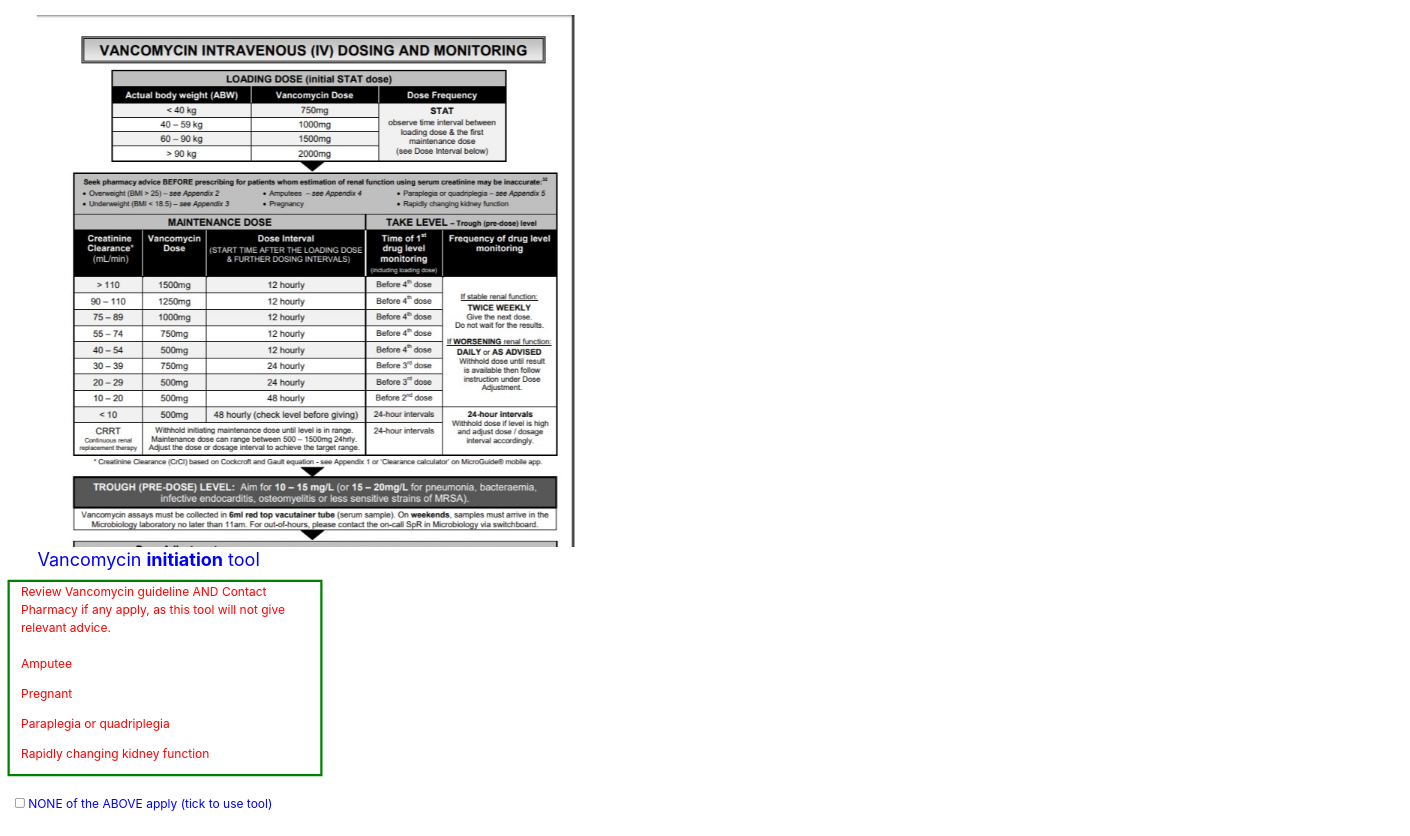
Repository: Mismiles/project-clinical-calculator
Page: index.html
The author's editor kept a record of every edit. The page is drawn from the files as they stood at one moment, then again after the next edit.
The browser window is 1280 px wide. The page is 1280 px wide, then 1880 px, so the pictures cover 1880 px, including what lies to the right of the window. The pictures show the whole page, at 75% of full size.

Above is the page before.

### index.html
<!doctype html>
<html lang="en">
  <head>
    <!-- Required meta tags -->
    <meta charset="utf-8">
    <meta name="viewport" content="width=device-width, initial-scale=1, shrink-to-fit=no">

    <!-- Bootstrap CSS -->
    <link rel="stylesheet" href="https://stackpath.bootstrapcdn.com/bootstrap/4.3.1/css/bootstrap.min.css" integrity="sha384-ggOyR0iXCbMQv3Xipma34MD+dH/1fQ784/j6cY/iJTQUOhcWr7x9JvoRxT2MZw1T" crossorigin="anonymous">

    <!-- Custom CSS -->
    <link href="css/stylesheet.css" rel="stylesheet">

    <title>Vancomycin calculation tool</title>

  </head>
  <body>

<div class="embed-responsive embed-responsive-16by9" id="guideline">
  <iframe class="embed-responsive-item" src="images/vanc1.jpg"></iframe>
</div>



<form name="vanc">
<fieldset>

<!-- Form Name -->
<legend>Vancomycin <b>initiation</b> tool</legend>

<!-- Parameters -->
<section id='parameters'>
  <div class="col-md-4 statement" for="parameters" style="color:red">Review Vancomycin guideline AND Contact Pharmacy if any apply, as this tool will not give relevant advice.
    <br>
    <br>
    <p>Amputee</p>
    <p>Pregnant</p>
    <p>Paraplegia or quadriplegia</p>
    <p>Rapidly changing kidney function</p>
	</div>
</section>

<!-- Safe to use tool-->
	<br>
	<label style="color:blue">
      <input type="checkbox" name="parameters" id="showform" onclick="displayForm(); hideParameters();"> NONE of the ABOVE apply (tick to use tool)
  </label>

<section id='vancform'>
<!-- Indication-->
<br>
<div class="form-group">
  <label class="col-md-4 control-label" for="indication"><b>Indication</b></label>
  <div class="col-md-4">
  <input id="ind" name="indication" type="text" autocomplete="off" placeholder="Specify" class="form-control input-md" required/>
  </div>
</div>

<!-- Gender -->
<div class="form-group">
  <label class="col-md-4 control-label" for="gender"><b>Gender</b></label>
  <div class="col-md-4">
   <div class="btn-group btn-group-toggle" data-toggle="buttons">
  <label class="btn btn-outline-primary">
    <input type="radio" name="options" id="male" value="males" onclick="getGender()"> Male
  </label>
  <label class="btn btn-outline-danger">
    <input type="radio" name="options" id="female" value="females" onclick="getGender()"> Female
  </label>
</div>
  </div>
</div>

<!-- Age-->
<div class="form-group">
  <label class="col-md-4 control-label" for="age"><b>Age</b></label>
  <div class="col-md-4">
  <input id="age" name="age" type="text" maxlength="3" placeholder="Age in years" autocomplete="off" class="form-control input-md" required/>
  </div>
</div>

<p id="ageOut"></p>

<!-- Weight-->
<div class="form-group">
  <label class="col-md-4 control-label" for="weight"><b>Weight in kg</b></label>
  <div class="col-md-4">
  <input id="weight" name="weight" type="text" maxlength="3" placeholder="Weight in kg" autocomplete="off" class="form-control input-md" required/>
</div>
</div>


<p id="weighteOut"></p>

<!-- Date picker-->
<div class="form-group">
        <label class="col-md-4 control-label" for="date"><b>Date Weight Taken</b></label>
          <div class="col-md-4">
        <input id="form-control input-md date" name="date" autocomplete="off" placeholder="MM/DD/YYY" type="date" required onclick="verifyDate()">
          </div>
</div>
<p id="datemessage"></p>

  <div class="checkbox">
    <label>
      <input type="radio" name="parameters" id="abnormalWeight" value="" onclick="displayHeight();scrollWin();">
      Abnormal Weight (BMI &lt; 18.5 OR BMI &gt; 25) <br><span style="color:green"><i>Tick to help calculate BMI</i></span>
    </label>
	</div>

	 <div class="checkbox">
    <label>
      <input type="radio" name="parameters" id="normalweight" value="" onclick="displayHeight();scrollWin();">
      Normal weight (BMI &gt; 18.5 and &lt; 25)
    </label>
	</div>
</div>
</div>

<!-- Height-->
<section id="heightbox" class="form-group">
  <label class="col-md-4 control-label" for="height"><b>Height in cm</b></label>
  <div class="col-md-4">
  <input id="height" name="height" type="text" maxlength="3" autocomplete="off" placeholder="Height in cm" class="form-control input-md" required/>
</div>
</section>

<p id="heightOut"></p>

<!-- Creatinine-->
<div class="form-group">
  <label class="col-md-4 control-label" for="creatinine"><b>Serum Creatinine in µmol/L</b></label>
  <div class="col-md-4">
  <input id="creatinine" name="creatinine" type="text" autocomplete="off" maxlength="3" placeholder="Creatinine" class="form-control input-md" data-bind="value:replyNumber" required="true"/>
  </div>
</div>

<!-- Disclaimer-->
<label style="color:red">
      <input type="checkbox" name="safetyline" id="disclaimer" onclick="safety(); scrollWin();">  I confirm that this tool takes no clinical responsibility for outcomes <br> and I will use this tool <b>only to aid my ultimate clinical decision.</b>
</label>

<!-- Button -->
<div class="form-group">
  <label class="col-md-4 control-label" for="calculate"></label>
  <div class="col-md-4">
    <script type="text/javascript" src="js/calculation.js"></script>
    <button id="calc" name="calculate" type="button" class="btn btn-primary" onclick="runCalcs();" >Display dose and monitoring advice</button>
  </div>
</div>

</fieldset>
</form>
</section>


<section id="dosingAdvice">
<p id="indication" class="text">The indication for treatment is</p>
<p id="stat_dose" class="text">Prescribe STAT dose of</p>
<p id="bmi_calc" class="text">The patient's BMI is</p>
<p id="ibw_text" class="text">The patient's ideal body weight is</p>
<p id="result_g" class="text">The CrCl =</p>
<p id="main_dose" class="text">Therefore prescribe</p>
<p id="poor_renal"class="text">Do not wait for the result before giving the next scheduled dose unless CrCl < 10 ml/min
or the patient is on renal replacement therapy</p>

<br>

<!-- Explain Button -->
  <div class="col-md-4">
    <button id="explain" name="exp" type="button" class="btn btn-success" onclick="displayReasoning(); highlightWtable(); highlightRtable(); explain(); scrollWin();" >Show dosing rationale</button>
  </div>
</div>

</section>

<br>

<section id="explainDosing"
<!--Show formulas -->
<div id="showFormulas"></div>

<br>


<h2>Loading dose</h2>

<table class="col-md-6 table table-bordered table-dark">
  <thead>
    <tr>
      <th scope="col">Actual body Weight (ABW)</th>
      <th scope="col">Vancomycin Dose</th>
      <th scope="col">Dose frequency</th>
    </tr>
  </thead>
  <tbody>
    <tr id="under40">
      <td>< 40kg</td>
      <td>750mg</td>
      <td>STAT</td>
    </tr>
    <tr id="w40to59">
      <td>40 - 59 kg</td>
      <td>1000mg</td>
      <td>STAT</td>
    </tr>
    <tr id="w60to90">
      <td>60 - 90 kg</td></td>
      <td>1500mg</td>
      <td>STAT</td>
    </tr>
    <tr id="over90">
      <td>> 90 kg</td></td>
      <td>200mg</td>
      <td>STAT</td>
    </tr>
  </tbody>
</table>

<br>

<h2>Maintenance dose</h2>

<table class="col-md-6 table table-dark">
  <thead>
    <tr>
      <th scope="col">Creatinine clearence (mL/min)</th>
      <th scope="col">Vancomycin Maintenance dose</th>
      <th scope="col">Dose interval</th>
      <th scope="col">Time of 1st level</th>
      <th scope="col">Monitoring Frequency</th>
    </tr>
  </thead>
  <tbody>
    <tr id="rOver110">
      <th>> 110</th>
      <td>1500mg</td>
      <td>12 hourly</td>
      <td>Before 4th dose</td>
    </tr>
    <tr id="r90to110">
      <th>90 - 110</th>
      <td>1250mg</td>
      <td>12 hourly</td>
      <td>Before 4th dose</td>
    </tr>
    <tr  id="r75to89">
      <th>75 - 89</th>
      <td>1000mg</td>
      <td>12 hourly</td>
      <td>Before 4th dose</td>
    </tr>
     <tr id="r55to74">
      <th>55 - 74</th>
      <td>750mg</td>
      <td>12 hourly</td>
      <td>Before 4th dose</td>
    </tr>
    <tr id="r40to54">
      <th>40 - 54</th>
      <td>500mg</td>
      <td>12 hourly</td>
      <td>Before 4th dose</td>
    </tr>
    <tr id="r30to39">
      <th>30 - 39</th>
      <td>750mg</td>
      <td>24 hourly</td>
      <td>Before 3rd dose</td>
    </tr>
    <tr id="r20to29">
      <th>20 - 29</th>
      <td>500mg</td>
      <td>24 hourly</td>
      <td>Before 3rd dose</td>
    </tr>
    <tr id="r10to19">
      <th>10 - 19</th>
      <td>500mg</td>
      <td>48 hourly</td>
      <td>Before 2nd dose</td>
    </tr>
    <tr id="r0to10">
      <th>< 10</th>
      <td>500mg</td>
      <td>48 hourly (check level before giving)</td>
      <td>24 hour intervals</td>
    </tr>
    <tr id="CRRT">
      <th>CRRT</th>
      <td>Withold initiating maintenace dose until level is in range.</td>
      <td>Maintenance dose can range between 500mg to 1500mg 24hourly. Adjust the dose or dosing interval to acheive the target range.</td>
      <td>24 hour intervals</td>
    </tr>
  </tbody>
</table>


<!-- Image carousel -->
  <div id="carouselExampleIndicators" class="carousel slide row" data-ride="carousel">
  <ol class="carousel-indicators">
    <li data-target="#carouselExampleIndicators" data-slide-to="0" class="active"></li>
    <li data-target="#carouselExampleIndicators" data-slide-to="1"></li>
    <li data-target="#carouselExampleIndicators" data-slide-to="2"></li>
    <li data-target="#carouselExampleIndicators" data-slide-to="3"></li>
    <li data-target="#carouselExampleIndicators" data-slide-to="4"></li>
    <li data-target="#carouselExampleIndicators" data-slide-to="5"></li>
    <li data-target="#carouselExampleIndicators" data-slide-to="6"></li>
    <li data-target="#carouselExampleIndicators" data-slide-to="7"></li>
    <li data-target="#carouselExampleIndicators" data-slide-to="8"></li>
    <li data-target="#carouselExampleIndicators" data-slide-to="9"></li>
  </ol>
  <div class="carousel-inner">
    <div class="carousel-item active">
      <img class="d-block w-60" src="images/vanc1.jpg" alt="First slide">
    </div>
    <div class="carousel-item">
      <img class="d-block w-60" src="images/app1.jpg" alt="Second slide">
    </div>
    <div class="carousel-item">
      <img class="d-block w-60" src="images/app2.jpg" alt="Third slide">
    </div>
    <div class="carousel-item">
      <img class="d-block w-60" src="images/app3.jpg" alt="Fourth slide">
    </div>
    <div class="carousel-item">
      <img class="d-block w-60" src="images/app41.jpg" alt="Fifth slide">
    </div>
    <div class="carousel-item">
      <img class="d-block w-60" src="images/app42.jpg" alt="Sixth slide">
    </div>
     <div class="carousel-item">
      <img class="d-block w-60" src="images/app43.jpg" alt="Seventh slide">
    </div>
     <div class="carousel-item">
      <img class="d-block w-60" src="images/app5.jpg" alt="Eigth slide">
     </div>
     <div class="carousel-item">
      <img class="d-block w-60" src="images/app6.jpg" alt="Ninth slide">
     </div>
  </div>

  <a class="carousel-control-prev" href="#carouselExampleIndicators" role="button" data-slide="prev">
    <span class="carousel-control-prev-icon" aria-hidden="true"></span>
    <span class="sr-only">Previous</span>
  </a>
  <a class="carousel-control-next" href="#carouselExampleIndicators" role="button" data-slide="next">
    <span class="carousel-control-next-icon" aria-hidden="true"></span>
    <span class="sr-only">Next</span>
  </a>
</div>


    <!-- jQuery first, then Popper.js, then Bootstrap JS -->
    <script src="https://code.jquery.com/jquery-3.3.1.slim.min.js" integrity="sha384-q8i/X+965DzO0rT7abK41JStQIAqVgRVzpbzo5smXKp4YfRvH+8abtTE1Pi6jizo" crossorigin="anonymous"></script>
    <script src="https://cdnjs.cloudflare.com/ajax/libs/popper.js/1.14.7/umd/popper.min.js" integrity="sha384-UO2eT0CpHqdSJQ6hJty5KVphtPhzWj9WO1clHTMGa3JDZwrnQq4sF86dIHNDz0W1" crossorigin="anonymous"></script>
    <script src="https://stackpath.bootstrapcdn.com/bootstrap/4.3.1/js/bootstrap.min.js" integrity="sha384-JjSmVgyd0p3pXB1rRibZUAYoIIy6OrQ6VrjIEaFf/nJGzIxFDsf4x0xIM+B07jRM" crossorigin="anonymous"></script>

        <!-- Calulation JavaScript Code-->
    <script type="text/javascript" href="js/calculation.js"></script>

  </body>
</html>

### css/stylesheet.css
body {
    position: relative;
    font-size: 1em;
    margin-left: 20px;
    margin-top: 20px;

}

legend {
    padding-left: 30px;
    color: blue;
}

.statement {
 border-style: solid;
 border-color: green;
 right: 10px;
  }

 .showform {
     color: blue;
 }

#heightbox{
  display: none;
}

#dosingAdvice{
  display: none;
}

#bmi_calc{
    display: none;
}

#vancform {
  display: none;
}

#parameters{
    display: block;
}

#ibw_text{
    display: block;
}

#calc{
    display: none;
}

#poor_renal{
    color: red;
}

#stat_dose, #main_dose, h2{
    color: green;
}

#explainDosing{
    display:none;
}

.text{
    margin-bottom: 2px;
}

.datemessage{
    color: red;
}

#formZ{
    display:block;
}

#sumButton{
    display: none;
}

.carousel {
  width:740px;
  height:860px;
  display: none !important;
}

Loaded but not shown: js/calculation.js (383 lines, source omitted)

After the next edit:
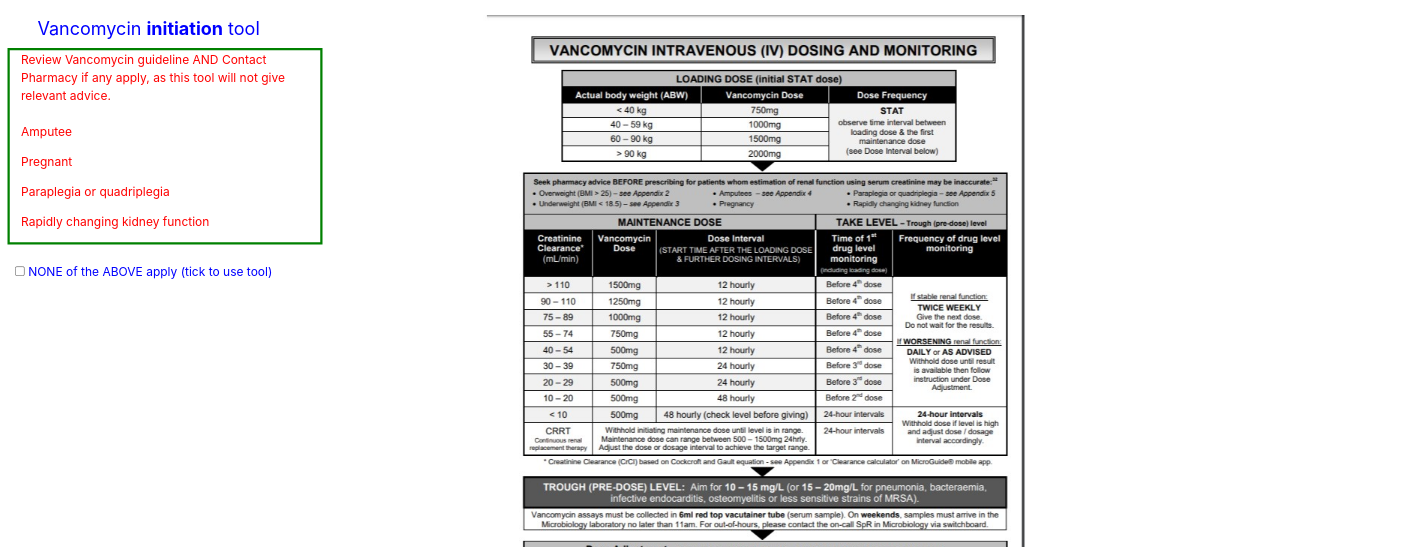
The edit:
--- a/css/stylesheet.css
+++ b/css/stylesheet.css
@@ -9,6 +9,11 @@
 legend {
     padding-left: 30px;
     color: blue;
+}
+
+#guideline{
+    position: absolute;
+    margin-left: 600px;
 }
 
 .statement {
